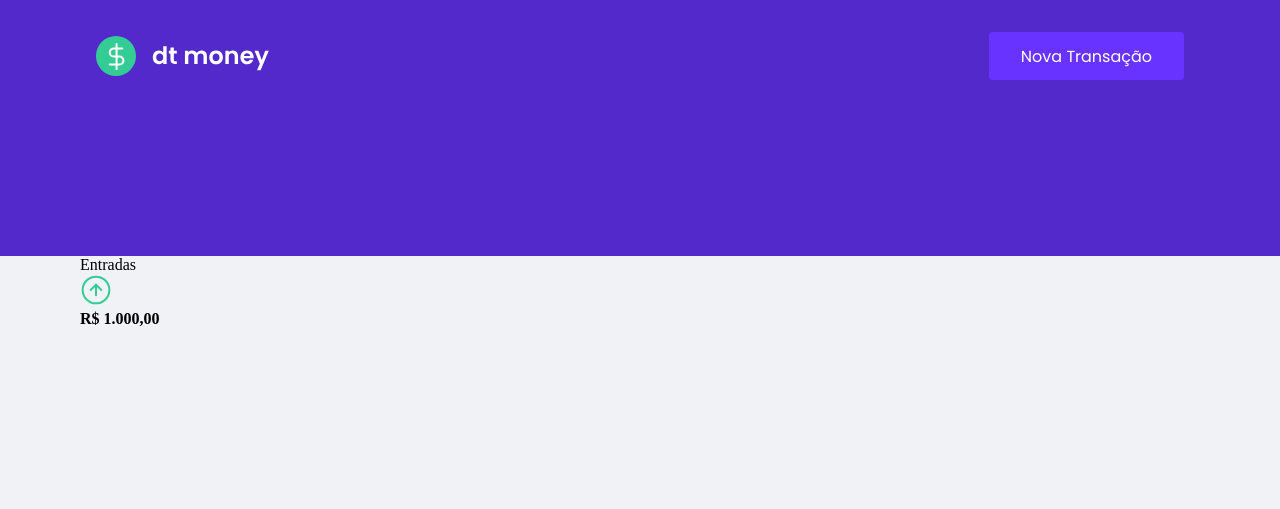
Repository: viniciusfg05/vlmoney
Page: /
An editor plug-in stored every save of this project. The page is shown before and after the next save, followed by the edit.
The browser window is 1280 px wide. The pictures show the whole page.
The project was rebuilt for these pictures with package versions that can differ from the ones it lists, and the page was loaded fresh each time.

Above is the page before, as saved 2022-02-21 14:24:23.

### public/index.html
<!DOCTYPE html>
<html lang="en">
  <head>
    <link rel="preconnect" href="https://fonts.googleapis.com" />

    <meta charset="utf-8" />
    <meta name="viewport" content="width=device-width, initial-scale=1" />

    <link rel="shortcut icon" href="favicon.png" type="image/png" />

    <link rel="preconnect" href="https://fonts.gstatic.com" crossorigin />
    <link
      href="https://fonts.googleapis.com/css2?family=Poppins:wght@400;600&display=swap"
      rel="stylesheet"
    />
    <title>VlMoney</title>
  </head>
  <body>
    <noscript>You need to enable JavaScript to run this app.</noscript>
    <div id="root"></div>
  </body>
</html>

### src/App.tsx
import { Dashboard } from './components/Dashboards';
import { Header } from './components/Header';
import { GlobalStyles } from './styles/global';

export function App() {
  return (
    <>
      <Header />
      <Dashboard />
      <GlobalStyles />
    </>
  );
}

//export default App: pq nao usar que quem defini o nome da exportação é o importação e não a exportação

### src/components/Dashboards/index.tsx
import { Summary } from "../summary";
import { Container } from "./styles";

 export function Dashboard() {
   return (
    <Container>
    <Summary />
    </Container>
   )
 }

### src/components/Header/index.tsx
import logoImg from '../../assets/logo.svg'
import { Container, Content } from './styles'

export function Header() {
  return (
    <Container>
      <Content>
        <img src={logoImg} alt="vlmoney" />
        <button>
          Nova Transação
        </button>
      </Content>
    </Container>
  )
}

### src/styles/global.ts
import { createGlobalStyle } from 'styled-components'

export const GlobalStyles = createGlobalStyle`
  :root {
    --background: #f0f2f5;
    --roxo: #5429CC;
    --roxo-light: #6933FF;
    --green: #33CC95;
    --red: #E62E4D;
    --shape: #FFFFFF;
    --title-body: #363F5F;
    --text-body: #969CB3;
  }

  *{
    margin: 0;
    padding: 0;
    box-sizing: border-box;
  }

  html {
    @media (max-width: 1080px) {
      font-size: 93.75%; // 15px
    }

    @media (max-width: 720px) {
      font-size: 87.5%; // 15px
    }
  }

  body {
    background: var(--background) ;
    -webkit-font-smothing: antialiased; //para font ficar mais nitida
  }

  border-style, input, textarea, button {
    font-family: "Poppins", sans-serif;
    font-weight: 400;
  }

  h1, h2, h3, h4, h5, h6, strong {
    font-weight: 600;
  }

  button {
    cursor: pointer;
  }

  [disabled] {
    opacity: 0.6;
    cursor: not-allowed; //nao permitido
  }
`

### src/components/summary/index.tsx
import incomeImg from '../../assets/income.svg';


import { Container } from "./styles";

 export function Summary() {
  return (

    <Container >
      <div>
        <header>
          <p>Entradas</p>
          <img src={incomeImg} alt="Entradas" />
        </header>
        <strong>R$ 1.000,00</strong>
      </div>
    </Container >
  )
 }

### src/components/Dashboards/styles.ts
import styled from "styled-components";

 export const Container = styled.main`
  max-width: 1120px;
  margin: 0 auto;
  padding: 2.5 1rem;
 `;

### src/components/Header/styles.ts
import styled from 'styled-components'

export const Container = styled.header`
  background-color: var(--roxo);
`;

export const Content = styled.div`
  max-width: 1120px;
  margin: 0 auto;

  padding: 2rem 1rem 11rem;

  display: flex;
  align-items: center;
  justify-content: space-between;

  button{
    font-size:  1rem;
    color: #fff;
    background: var(--roxo-light);
    border: 0;
    padding: 0 2rem;
    border-radius: 0.25rem;
    height: 3rem;
    transition: 0.3s;

    &:hover {
      filter:brightness(0.9)
    }
  }
`;

### src/components/summary/styles.ts
import styled from "styled-components";

 export const Container = styled.div`


 `;

Loaded but not shown: src/index.tsx (common file)

After the next save:
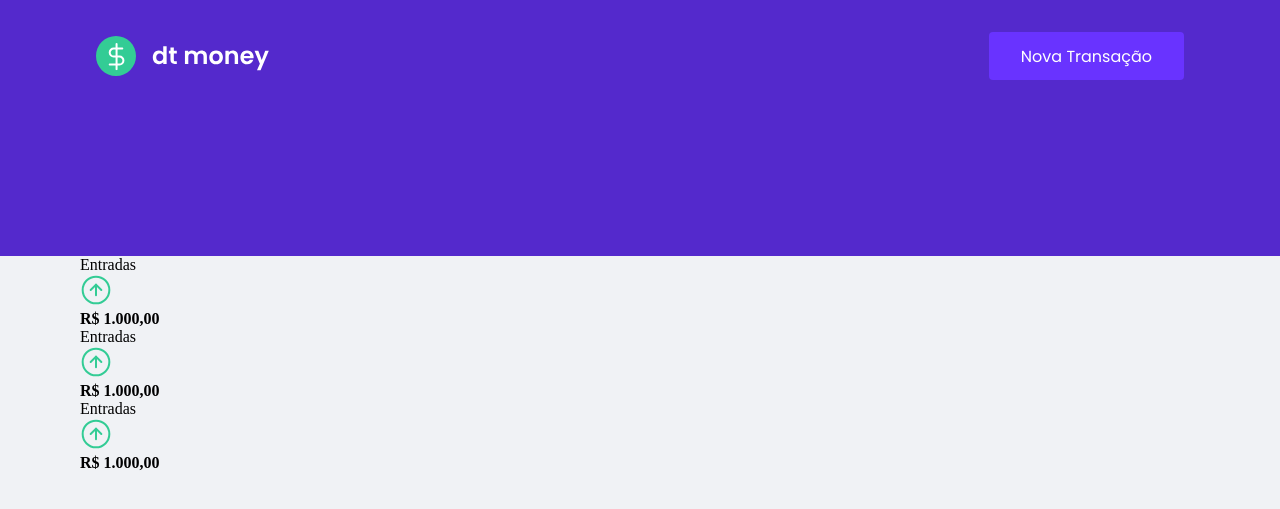
Saved 50 s later.
--- a/src/components/summary/index.tsx
+++ b/src/components/summary/index.tsx
@@ -1,3 +1,5 @@
+import incomeImg from '../../assets/income.svg';
+import incomeImg from '../../assets/outcome.svg';
 import incomeImg from '../../assets/income.svg';
 
 
@@ -14,6 +16,22 @@ import { Container } from "./styles";
         </header>
         <strong>R$ 1.000,00</strong>
       </div>
+
+      <div>
+        <header>
+          <p>Entradas</p>
+          <img src={incomeImg} alt="Saidas" />
+        </header>
+        <strong>R$ 1.000,00</strong>
+      </div>
+
+      <div>
+        <header>
+          <p>Entradas</p>
+          <img src={incomeImg} alt="total" />
+        </header>
+        <strong>R$ 1.000,00</strong>
+      </div>
     </Container >
   )
  }
